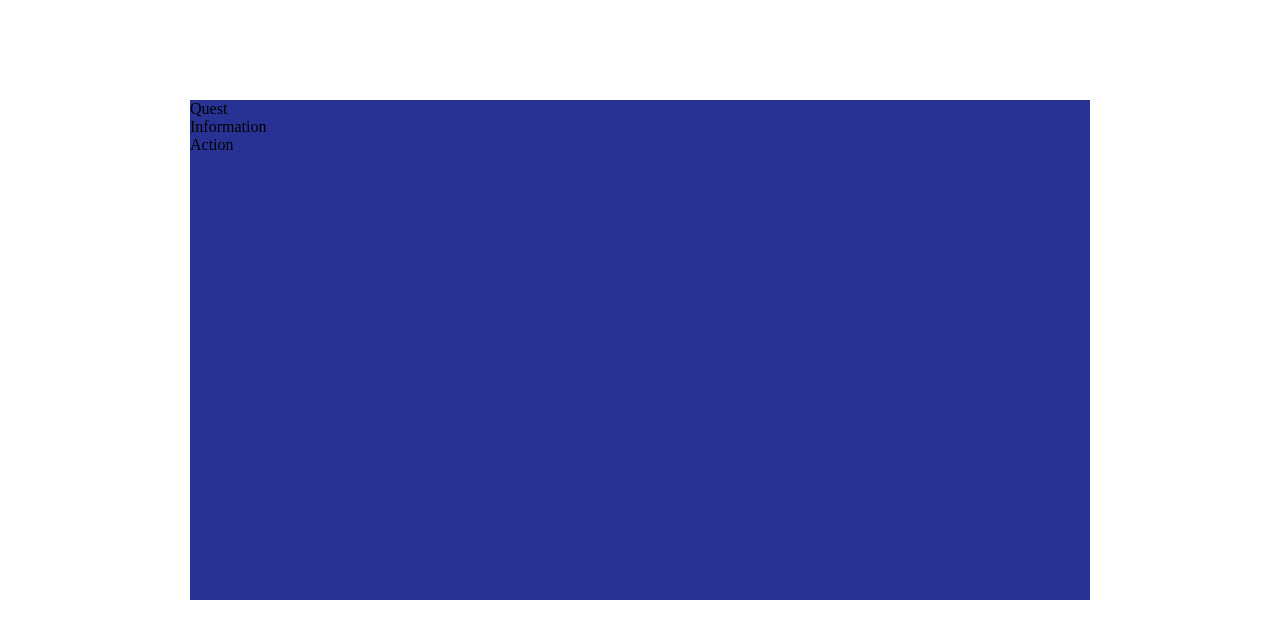
Repository: rahulnag7963/UBCHacks4.0
Page: /
An editor plug-in stored every save of this project. The page is shown before and after the next save, followed by the edit.
The browser window is 1280 px wide. The pictures show the whole page.
The project was rebuilt for these pictures with package versions that can differ from the ones it lists, and the page was loaded fresh each time.

Above is the page before, as saved 2022-11-26 02:41:46.

### public/index.html
<!DOCTYPE html>
<html lang="en">
  <head>
    <meta charset="utf-8" />
    <link rel="icon" href="%PUBLIC_URL%/favicon.ico" />
    <meta name="viewport" content="width=device-width, initial-scale=1" />
    <meta name="theme-color" content="#000000" />
    <meta
      name="description"
      content="Web site created using create-react-app"
    />
    <link rel="apple-touch-icon" href="%PUBLIC_URL%/logo192.png" />
    <link rel="manifest" href="%PUBLIC_URL%/manifest.json" />
    <title>BC Hacks 4.0 Game</title>
  </head>
  <body>
    <noscript>You need to enable JavaScript to run this app.</noscript>
    <div id="root"></div>
  </body>
</html>

### src/index.tsx
import React from 'react';
import ReactDOM from 'react-dom/client';
import './index.css';
import App from './app';

const root = ReactDOM.createRoot(
  document.getElementById('root') as HTMLElement
);

root.render(
  <React.StrictMode>
    <App />
  </React.StrictMode>
);

### src/app.tsx
import React from "react";
import "./app.css";
import Quest from "./Components/Quest";
import Information from "./Components/Information";
import Action from "./Components/Action";
function app() {
  return (
    <div className="app">
      <div className="Components">
        <Quest />
        <Information />
        <Action />
      </div>
    </div>
  );
}

export default app;

### src/app.css
.app {
    height: 500px;
    width: 900px;
    background-color: rgb(39, 50, 148);
    margin-left: auto;
    margin-right: auto;
    margin-top: 100px;



}

.component {
    text-align: center;
    padding: 250px;
}

### src/Components/Quest.tsx
import React from 'react'

const Quest = () => {
  return (
    <div>Quest</div>
  )
}

export default Quest

### src/Components/Information.tsx
import React from 'react'

const Information = () => {
  return (
    <div>Information</div>
  )
}

export default Information

### src/Components/Action.tsx
import React from 'react'

const Action = () => {
  return (
    <div>Action</div>
  )
}

export default Action

Loaded but not shown: src/index.css (common file)

After the next save:
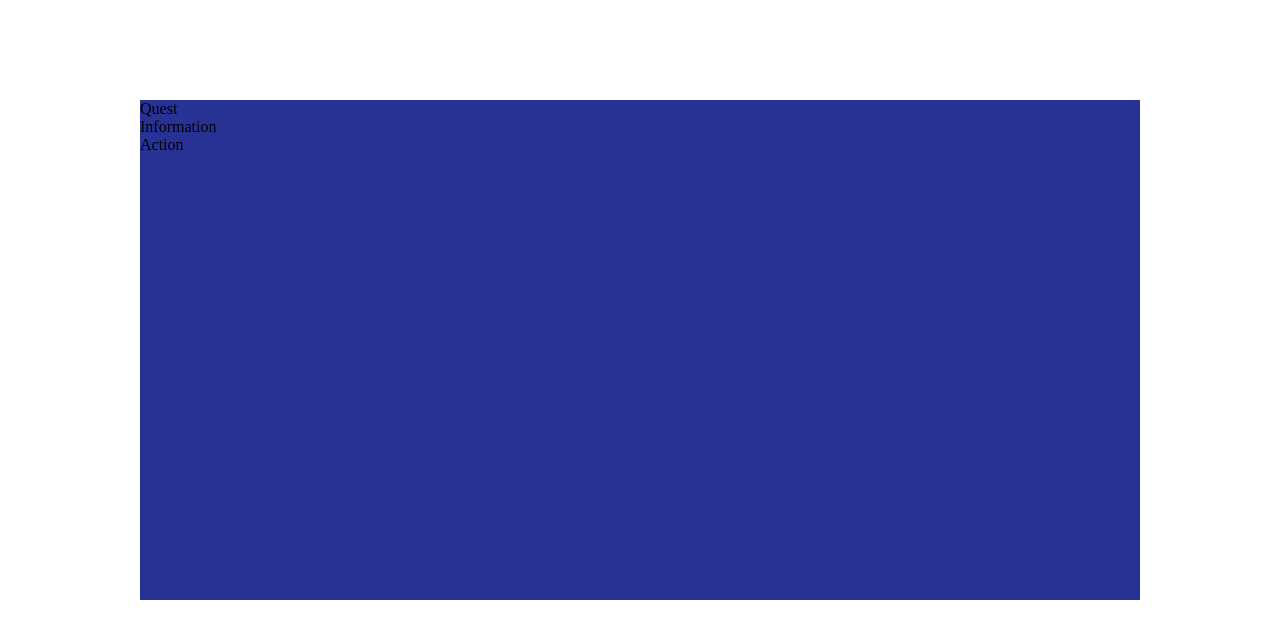
Saved 13 s later.
--- a/src/app.css
+++ b/src/app.css
@@ -1,6 +1,6 @@
 .app {
     height: 500px;
-    width: 900px;
+    width: 1000px;
     background-color: rgb(39, 50, 148);
     margin-left: auto;
     margin-right: auto;
